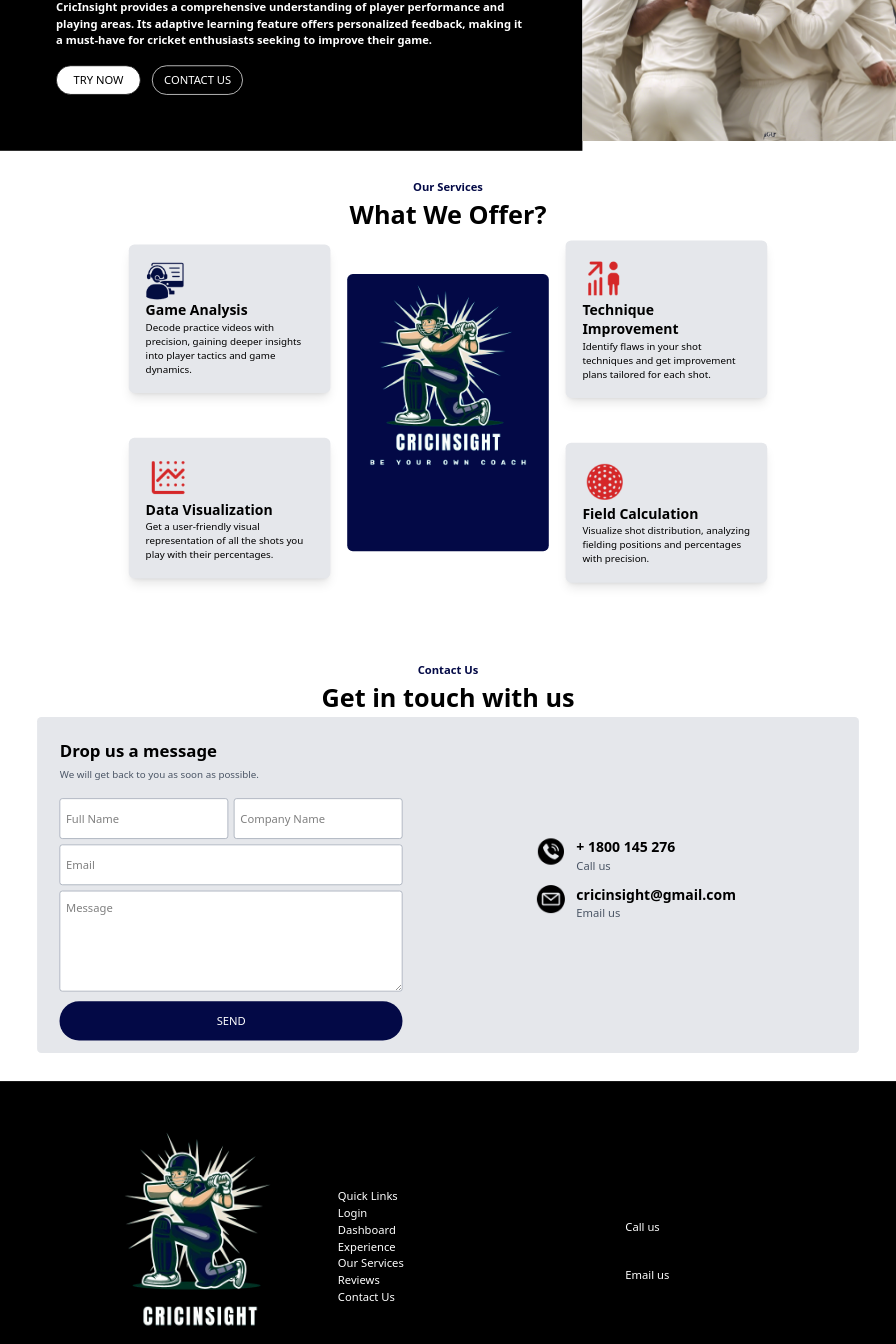
Repository: ahsanfawadaf/cricket
Page: /
These files come from the project's save history. The page is drawn as it stood at one moment and after a run of saves; the edit follows.
The browser window is 1280 px wide. The pictures show the part of the page from y = 2079 to 3999 px (the page is 3999 px tall before and 3887 px after), at 70% of full size.
The project was rebuilt for these pictures with package versions that can differ from the ones it lists, and the page was loaded fresh each time. Also part of the build but not shown: vite.config.js.

Above is the page before, as saved 2025-09-21 14:42:29.

### index.html
<!doctype html>
<html lang="en">
  <head>
    <meta charset="UTF-8" />
    <link rel="icon" type="image/svg+xml" href="/cric_logo.png" />
    <meta name="viewport" content="width=device-width, initial-scale=1.0" />
    <title>Cricket Web</title>
  </head>
  <body>
    <div id="root"></div>
    <script type="module" src="/src/main.jsx"></script>
  </body>
</html>

### src/App.jsx
import React from 'react'

import Header from './components/Header'
import Our_experience from './components/Our_experience'
import Howtouse from './components/Howtouse'
import Splitlayout from './components/Splitlayout'
import Services from './components/Services'
import Contact from './components/Contact'
import Footer from './components/Footer'


const App = () => {
  return (
    <div>
     <Header/>
     <Our_experience/>
     <Howtouse/>
     <Splitlayout/>
     <Services/>
     <Contact/>
     <Footer/>



    </div>
  )
}

export default App

### src/components/Header.jsx
import React from 'react'
import Navbar from './Navbar'
import cric_home_img from '../assets/cric_home_img.png'

const Header = () => {
  return (
    <div className='w-full min-h-screen bg-cover bg-black items-center flex overflow-hidden'>
    <Navbar/>
         <div className='flex flex-col mx-auto items-start px-2 md:px-20 lg:px-32'>
             <h1 className='text-md block font-xsm sm:text-6xl text-white gap-2 max-w-6xl inline-block pt-20'>Take your game to  the next level with <span className='text-4xl sm:text-6xl font-bold'>CrinInsight</span>.</h1>
             <div className='flex gap-4 mt-6'>
                 <button className='rounded-full bg-[#030946] text-white px-2 py-2'>Get Started</button>
                 <button className='rounded-full bg-transparent  text-white px-2 py-2'>Contact Us</button>
             </div>
         </div>

         <div className='w-full bg-cover bg-black overflow-hidden min-h-screen'>
                 <img className='h-full pt-28 object-contain' src={cric_home_img} alt="" />
         </div>



    </div>
  )
}

export default Header

### src/components/Our_experience.jsx
import React from 'react'

const Our_experience = () => {
  return (
    <div className='bg-gray-200 py-10'>
          <h2 className='text-center font-bold text-5xl text-gray-800 mb-8'>Our Expertise and Experience</h2>


          <div className='max-w-6xl mx-auto px-4 grid grid-cols-1 md:grid-cols-2 lg:grid-cols-4 gap-4'>

               <div className='bg-white shadow-lg rounded-lg '>
                   <div className='p-4'>
                    <h3 className='text-xl mb-2 text-blue-900 font-semibold '>Shots Visualization</h3>
                    <p className='text-blue-300'>Classify shots accurately, revealing player strategies and enhancing performance analysis.</p>

                   </div>

               </div>
               <div className='bg-white shadow-lg rounded-lg '>
                   <div className='p-4'>
                    <h3 className='text-xl mb-2 text-blue-900 font-semibold '>Area Calculation</h3>
                    <p className='text-blue-300'>Visualize shot distribution, analyzing fielding positions and percentages with precision</p>

                   </div>

               </div>
               <div className='bg-white shadow-lg rounded-lg '>
                   <div className='p-4'>
                    <h3 className='text-xl mb-2 text-blue-900 font-semibold '>Adaptive Learning</h3>
                    <p className='text-blue-300'>Identify flaws in your techniques and get improvement plans tailored for each shot.</p>

                   </div>

               </div>
               <div className='bg-white shadow-lg rounded-lg '>
                   <div className='p-4'>
                    <h3 className='text-xl mb-2 text-blue-900 font-semibold '>AI Assitant</h3>
                    <p className='text-blue-300'>Leverage our AI Assistant for instant analysis, intelligent responses, and seamless interaction.</p>

                   </div>

               </div>







          </div>









    </div>
  )
}

export default Our_experience

### src/components/Howtouse.jsx
import React from 'react'

const Howtouse = () => {

   const cards = [

    {
      id:1,
      title:'Signup / Login',
      description:'Create an account first on the CricInsight platform or log in if you already have an account.'
    },
    {
      id:2,
      title:'Upload Videos',
      description:'Upload your cricket match videos for analysis. You can trim videos and merge multiple videos as well.'
    },
    {
      id:3,
      title:'Data Analytics',
      description:'Analyze your game and get highlights of your gameplay and get an overview of all the shots you play.'
    },
    {
      id:4,
      title:'Area Calculation',
      description:'Calculates the percentage distribution of shots across different fielding areas for insightful analysis'
    },
    {
      id:5,
      title:'Adaptive Learning',
      description:'Get tailored solutions to enhance cricket skills based on identified technical flaws from your gameplay.'
    },
    {
      id:6,
      title:'AI Assistant',
      description:'Get all your queries answered, have some cricket tips, and be guided to the CricInsight features.'
    },

   ];

  return (
    <div className='bg-gray-200 py-10'>
        <h2 className='text-5xl text-center font-semibold mb-4 '>How to Use?</h2>
        <p className='px-2 text-center mb-4'>Discover CricInsight for in-depth cricket analysis. Whether you're a player, coach, or team manager, it provides insights to enhance your cricket experience.</p>


      <div className='max-w-6xl mx-auto px-4 grid grid-cols-1 md:grid-cols-2 lg:grid-cols-3 gap-4 mt-8'>

        { cards.map((ca) =>(
          <div key={ca.id} className='bg-white items-start justify-center shadow-lg rounded-lg p-12 mb-4'>

           <h3 className='text-6xl font-bold text-[#030946] mb-4 '>{`0${ca.id}`}</h3>

           <h4 className='text-xl font-semibold text-gray-900 '>{ca.title}</h4>
           <p>{ca.description}</p>



          </div>
        ))




        }







      </div>






    </div>
  )
}

export default Howtouse

### src/components/Splitlayout.jsx
import React from 'react'
import bgpic from '../assets/bgpic.png'

const Splitlayout = () => {
  return (
    <div className='w-full h-75vh flex flex-col md:flex-row'>

        <div className='w-[65%] h-full bg-black flex flex-col items-start p-20 justify-center'>
            <h3 className='text-4xl font-semibold text-white mb-6'>Why CricInsight?</h3>
            <p className='text-md font-semibold text-white inline-block mb-6'>CricInsight offers cutting-edge video analysis tools, empowering users to delve deep into cricket match insights. With advanced shot detection and classification, CricInsight provides a comprehensive understanding of player performance and playing areas. Its adaptive learning feature offers personalized feedback, making it a must-have for cricket enthusiasts seeking to improve their game.</p>
           <div className=' flex gap-4'>

             <button className='border rounded-full bg-white py-2 px-6'>TRY NOW</button>
            <button className='border rounded-full text-white border-white bg-black px-4 py-2'>CONTACT US</button>
           </div>
        </div>

        <div className='w-[35%] h-full  flex bg-gray-300'>


          <img className='object-cover  w-full inset-0 h-full' src={bgpic} alt="Description of img" />
        </div>






    </div>
  )
}

export default Splitlayout

### src/components/Services.jsx
import React from 'react'
import cric_logo from '../assets/cric_logo.png'



const Services = () => {

   const crds = [

    {
        title:'Game Analysis',
        description:'Decode practice videos with precision, gaining deeper insights into player tactics and game dynamics.',
        image:'/one.png',
    },
    {
        title:'Data Visualization',
        description:'Get a user-friendly visual representation of all the shots you play with their percentages.',
        image:'/two.png',
    },
    {
        title:'Technique Improvement',
        description:'Identify flaws in your shot techniques and get improvement plans tailored for each shot.',
        image:'/three.png',
    },
    {
        title:'Field Calculation',
        description:'Visualize shot distribution, analyzing fielding positions and percentages with precision.',
        image:'/four.png',
    },

   ]

  return (
    <div className='flex flex-col py-10 items-center'>

        <h2 className='font-bold mb-2 text-[#030946]'>Our Services</h2>
        <h1 className='text-4xl font-semibold'>What We Offer?</h1>

     <div className='flex flex-row m-4 gap-6'>

            <div className='flex flex-col justify-center gap-16 mb-4'>

            { crds.slice(0,2).map((card , index) =>(

               <div key={index} className='bg-gray-200 shadow-lg rounded-lg p-6 w-72'>
                 <img src={card.image} alt={card.title} />
                 <h3 className='text-xl font-semibold'>{card.title}</h3>
                 <p className='text-sm'>{card.description}</p>
               </div>
             ))}
        </div>

        <div className='bg-[#030946] w-72 rounded-lg h-99 mt-12'>

            <img src={cric_logo} alt="Cricinsight" />



        </div>


        <div className='flex flex-col justify-center gap-16 mb-4'>

            { crds.slice(2).map((card , index) =>(

               <div key={index} className='bg-gray-200 shadow-lg rounded-lg p-6 w-72'>
                 <img className='color-[#030946]' src={card.image} alt={card.title} />
                 <h3 className='text-xl font-semibold'>{card.title}</h3>
                 <p className='text-sm'>{card.description}</p>
               </div>
             ))}
        </div>

        </div>






    </div>
  )
}

export default Services

### src/components/Contact.jsx
import React from 'react'
import call from '../assets/call.png'
import email from '../assets/email.png'

const Contact = () => {
  return (
    <div className='flex flex-col py-10 items-center'>
        <h3 className='text-[#030946] font-bold mb-2'>Contact Us</h3>
        <h2 className='text-4xl font-semibold'>Get in touch with us</h2>


      <div className='bg-gray-200  h-120 w-11/12 mt-2 mx-auto rounded-md '>
       <div className='mt-8 ml-8 w-full  items-start '>
         <h2 className='text-2xl font-semibold'>Drop us a message</h2>
        <p className='text-gray-600 mt-2 text-sm'>We will get back to you as soon as possible.</p>
       </div>

       <div className='flex flex-row'>

        <div className='mt-6 mx-8'>

          <form >

                <div className='flex gap-2 max-w-8xl'>

                     <div className='w-full md:w-1/2 text-left'>
                     <input type="text" name='Name' placeholder='Full Name' className='w-full pl-2 rounded border border-gray-400 bg-white py-4  ' />
                     </div>

                     <div className='w-full md:w-1/2 text-left'>
                     <input type="text" name='Name' placeholder='Company Name' className='w-full pl-2 rounded border border-gray-400 bg-white py-4 ' />
                     </div>


                </div>

                <div className='mt-2'>
                      <div>
                        <input type="Email" name='Email' placeholder='Email' className='w-full pl-2 rounded py-4 border border-gray-400 bg-white' />
                      </div>

                </div>

                <div>

                      <textarea name="Message" className=' w-full pl-2 border border-gray-400 bg-white rounded px-4 py-3 h-36 mt-2' placeholder='Message'></textarea>

                </div>


          </form>

          <button className='rounded-full mt-2 py-4 text-white w-full bg-[#030946]'>SEND</button>
        </div>

        <div className='mt-20 ml-40'>
            <div className='flex'>
               <img src={call} className='h-10' alt="" />
               <div className='flex px-4 flex-col'>
                <h3 className='text-xl font-semibold'>+ 1800 145 276</h3>
               <p className='text-gray-600'>Call us</p>
               </div>

            </div>
            <div className='flex mt-4'>
                <img src={email} className='h-10' alt="" />
                <div className='flex flex-col px-4'>
                  <h3 className='text-xl font-semibold'>cricinsight@gmail.com</h3>
                <p className='text-gray-600'>Email us</p>
                </div>

            </div>


        </div>






       </div>




      </div>









    </div>
  )
}

export default Contact

### src/components/Footer.jsx
import React from 'react'
import footerlogo from '../assets/footerlogo.png'
import call from '../assets/call.png'
import email from '../assets/email.png'

const Footer = () => {
  return (
    <div className='bg-black pt-4 px-4 md:px-20 lg:px-32 w-full overflow-hidden '>

        <div className=' container flex flex-col md:flex-row items-center justify-between mx-auto  pt-10 '>
                <div className='w-full '>

                       <img src={footerlogo} className='h-80' alt="" />


                </div>

                <div className='w-full mt-10 ml-10'>
                       <h3 className='text-white'>Quick Links</h3>
                       <p className='text-white'>Login</p>
                       <p className='text-white'>Dashboard</p>
                       <p className='text-white'>Experience</p>
                       <p className='text-white'>Our Services</p>
                       <p className='text-white'>Reviews</p>
                       <p className='text-white'>Contact Us</p>


                </div>

                <div className='w-full ml-10 '>
                        <h3>Contact</h3>
                         <div >
                                <div className='flex'>
                                    <img src={call} className='h-10' alt="" />
                                    <div className='flex px-4 flex-col'>
                                         <h3 className='text-xl font-semibold'>+ 1800 145 276</h3>
                                         <p className='text-white'>Call us</p>
                                    </div>

                                </div>
                                <div className='flex mt-4'>
                                    <img src={email} className='h-10' alt="" />
                                    <div className='flex flex-col px-4'>
                                         <h3 className='text-xl font-semibold'>cricinsight@gmail.com</h3>
                                         <p className='text-white'>Email us</p>
                                    </div>

                                </div>

                        </div>


                </div>


            <div>


           </div>




      </div>



    </div>
  )
}

export default Footer

### src/components/Navbar.jsx
import React from 'react'
import cric_logo from '../assets/cric_logo.png'

const Navbar = () => {
  return (
    <div className='top-0  mt-5 pb-4  left-0 w-full fixed z-99 rounded-full backdrop-blur-lg border border-white' style={{height:'15vh'}}  >


        <div className='mx-auto justify-between flex items-center px-4 py-4   md:px-20 lg:px-32'>

         <img src={cric_logo} className='h-full max-h-16 object-contain' alt="" />



         <ul className='hidden md:flex gap-8 text-white '>

             <button className='rounded-full px-6 py-2 bg-[#030946] text-white'>About</button>
             <button className='rounded-full px-6 py-2 bg-[#030946] text-white'>How to use</button>
             <button className='rounded-full px-6 py-2 bg-[#030946] text-white'>Services</button>
             <button className='rounded-full px-6 py-2 bg-[#030946] text-white'>Contact</button>



         </ul>

         <button className='rounded-full hidden md:block px-6 py-2 bg-white'>Login</button>
        </div>



    </div>
  )
}

export default Navbar

Loaded but not shown: src/main.jsx (common file); src/index.css (common file)

After the next 2 saves:
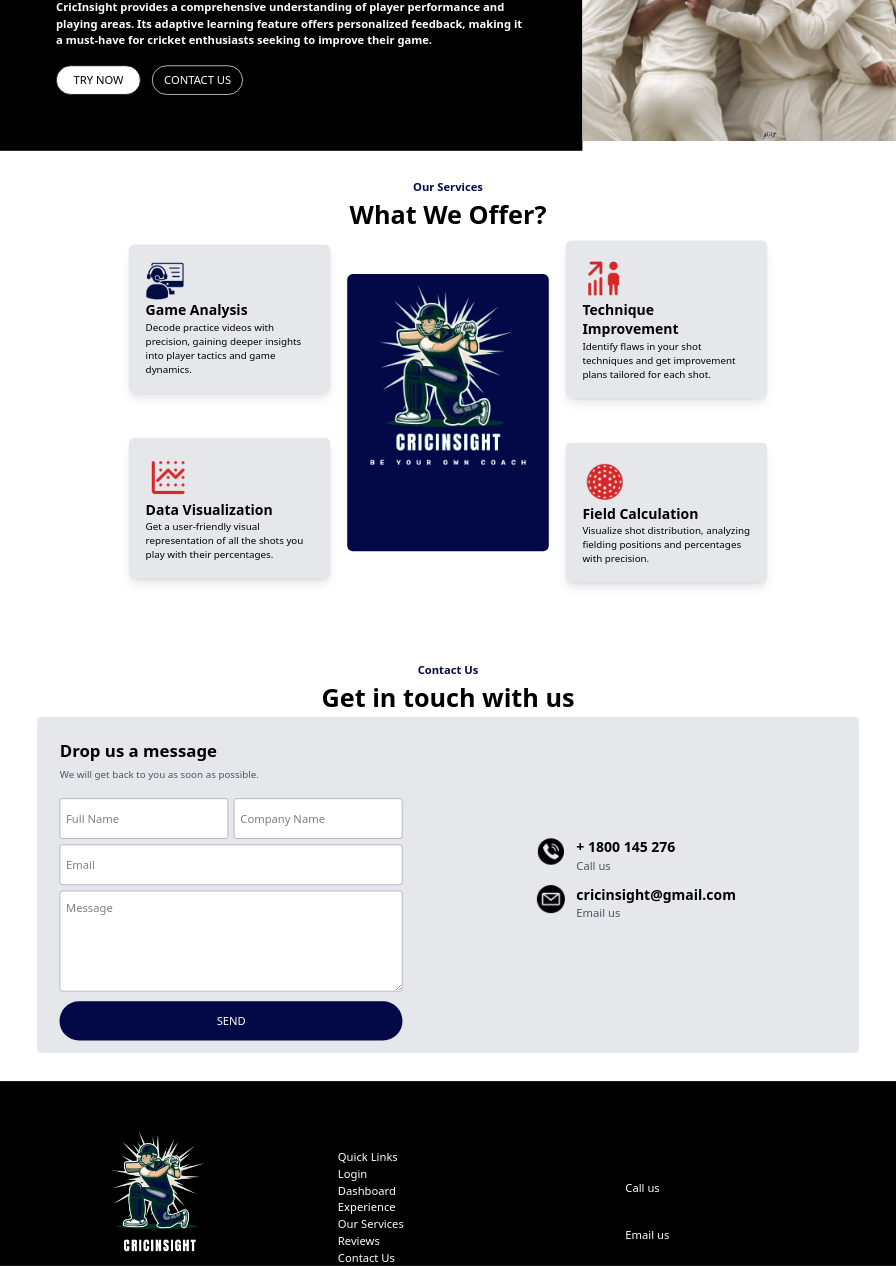
The 2 saves are shown as one change because they came seconds apart.
The last was saved 19 s later.
--- a/src/components/Footer.jsx
+++ b/src/components/Footer.jsx
@@ -10,7 +10,7 @@
         <div className=' container flex flex-col md:flex-row items-center justify-between mx-auto  pt-10 '>
                 <div className='w-full '>
 
-                       <img src={footerlogo} className='h-80' alt="" />
+                       <img src={footerlogo} className='h-50' alt="" />
 
 
                 </div>
